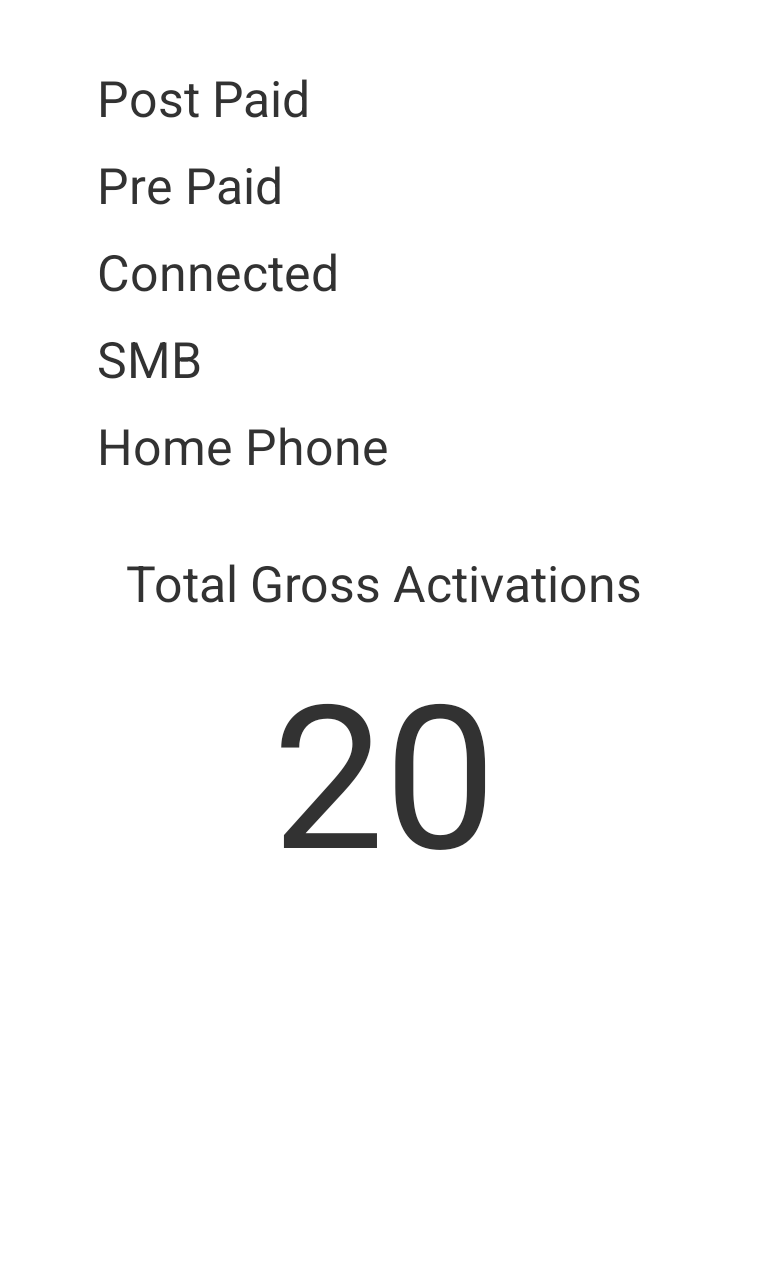
Repository: jemcphe/XCell
Layout: XCell/res/layout/data_adds.xml
These files come from the project's save history. The layout is drawn as it stood at one moment and after the next save; the edit follows.
It is drawn on a 768 x 1280 px phone screen (xhdpi) without system bars, with theme Theme.Xcell; the app's code is not run.

Above is the layout before, as saved 2013-08-28 03:53:37.

### XCell/res/layout/data_adds.xml
<?xml version="1.0" encoding="utf-8"?>
<RelativeLayout xmlns:android="http://schemas.android.com/apk/res/android"
    android:layout_width="match_parent"
    android:layout_height="match_parent" >

    <LinearLayout
        android:layout_width="wrap_content"
        android:layout_height="wrap_content"
        android:layout_below="@+id/gridLayout1"
        android:layout_centerHorizontal="true"
        android:layout_marginTop="25dp"
        android:orientation="vertical" >

        <TextView
            android:layout_width="match_parent"
            android:layout_height="match_parent"
            android:paddingBottom="10dp"
            android:text="Total Gross Activations"
            android:textSize="25sp" />

        <TextView
            android:id="@+id/grossTotal"
            android:layout_width="match_parent"
            android:layout_height="match_parent"
            android:gravity="center"
            android:paddingBottom="10dp"
            android:text="20"
            android:textSize="100sp" />
    </LinearLayout>

    <GridLayout
        android:id="@+id/gridLayout1"
        android:layout_width="wrap_content"
        android:layout_height="wrap_content"
        android:layout_alignParentTop="true"
        android:layout_centerHorizontal="true"
        android:layout_marginTop="32dp"
        android:columnCount="2" >

        <TextView
            android:layout_width="wrap_content"
            android:layout_height="wrap_content"
            android:paddingBottom="10dp"
            android:paddingRight="180dp"
            android:text="Post Paid"
            android:textSize="25sp" />

        <TextView
            android:id="@+id/data_postValue"
            android:layout_width="wrap_content"
            android:layout_height="wrap_content"
            android:paddingBottom="10dp"
            android:textSize="25sp" />

        <TextView
            android:layout_width="wrap_content"
            android:layout_height="wrap_content"
            android:paddingBottom="10dp"
            android:text="Pre Paid"
            android:textSize="25sp" />

        <TextView
            android:id="@+id/data_preValue"
            android:layout_width="wrap_content"
            android:layout_height="wrap_content"
            android:paddingBottom="10dp"
            android:textSize="25sp" />

        <TextView
            android:layout_width="wrap_content"
            android:layout_height="wrap_content"
            android:paddingBottom="10dp"
            android:text="Connected"
            android:textSize="25sp" />

        <TextView
            android:id="@+id/data_connectedValue"
            android:layout_width="wrap_content"
            android:layout_height="wrap_content"
            android:paddingBottom="10dp"
            android:textSize="25sp" />

        <TextView
            android:layout_width="wrap_content"
            android:layout_height="wrap_content"
            android:paddingBottom="10dp"
            android:text="SMB"
            android:textSize="25sp" />

        <TextView
            android:id="@+id/data_smbValue"
            android:layout_width="wrap_content"
            android:layout_height="wrap_content"
            android:paddingBottom="10dp"
            android:textSize="25sp" />

        <TextView
            android:layout_width="wrap_content"
            android:layout_height="wrap_content"
            android:paddingBottom="10dp"
            android:text="Home Phone"
            android:textSize="25sp" />

        <TextView
            android:id="@+id/data_homeValue"
            android:layout_width="wrap_content"
            android:layout_height="wrap_content"
            android:paddingBottom="10dp"
            android:textSize="25sp" />
    </GridLayout>

</RelativeLayout>

### XCell/res/values/styles_xcell.xml
<?xml version="1.0" encoding="utf-8"?>

<resources>

    <style name="Theme.Xcell" parent="@android:style/Theme.Holo.Light">
        <item name="android:actionBarItemBackground">@drawable/selectable_background_xcell</item>
        <item name="android:popupMenuStyle">@style/PopupMenu.Xcell</item>
        <item name="android:dropDownListViewStyle">@style/DropDownListView.Xcell</item>
        <item name="android:actionBarTabStyle">@style/ActionBarTabStyle.Xcell</item>
        <item name="android:actionDropDownStyle">@style/DropDownNav.Xcell</item>
        <item name="android:actionBarStyle">@style/ActionBar.Solid.Xcell</item>
        <item name="android:actionModeBackground">@drawable/cab_background_top_xcell</item>
        <item name="android:actionModeSplitBackground">@drawable/cab_background_bottom_xcell</item>
        <item name="android:actionModeCloseButtonStyle">@style/ActionButton.CloseMode.Xcell</item>


    </style>

    <style name="ActionBar.Solid.Xcell" parent="@android:style/Widget.Holo.Light.ActionBar.Solid">
        <item name="android:background">@drawable/ab_background_textured_xcell</item>
        <item name="android:backgroundStacked">@drawable/ab_stacked_solid_xcell</item>
        <item name="android:backgroundSplit">@drawable/ab_background_textured_xcell</item>
        <item name="android:progressBarStyle">@style/ProgressBar.Xcell</item>
    </style>

    <style name="ActionBar.Transparent.Xcell" parent="@android:style/Widget.Holo.Light.ActionBar">
        <item name="android:background">@drawable/ab_transparent_xcell</item>
        <item name="android:progressBarStyle">@style/ProgressBar.Xcell</item>
    </style>

    <style name="PopupMenu.Xcell" parent="@android:style/Widget.Holo.Light.ListPopupWindow">
        <item name="android:popupBackground">@drawable/menu_dropdown_panel_xcell</item>
    </style>

    <style name="DropDownListView.Xcell" parent="@android:style/Widget.Holo.Light.ListView.DropDown">
        <item name="android:listSelector">@drawable/selectable_background_xcell</item>
    </style>

    <style name="ActionBarTabStyle.Xcell" parent="@android:style/Widget.Holo.Light.ActionBar.TabView">
        <item name="android:background">@drawable/tab_indicator_ab_xcell</item>
    </style>

    <style name="DropDownNav.Xcell" parent="@android:style/Widget.Holo.Light.Spinner">
        <item name="android:background">@drawable/spinner_background_ab_xcell</item>
        <item name="android:popupBackground">@drawable/menu_dropdown_panel_xcell</item>
        <item name="android:dropDownSelector">@drawable/selectable_background_xcell</item>
    </style>

    <style name="ProgressBar.Xcell" parent="@android:style/Widget.Holo.Light.ProgressBar.Horizontal">
        <item name="android:progressDrawable">@drawable/progress_horizontal_xcell</item>
    </style>

    <style name="ActionButton.CloseMode.Xcell" parent="@android:style/Widget.Holo.Light.ActionButton.CloseMode">
        <item name="android:background">@drawable/btn_cab_done_xcell</item>
    </style>

    <!-- this style is only referenced in a Light.DarkActionBar based theme -->
    <style name="Theme.Xcell.Widget" parent="@android:style/Theme.Holo">
        <item name="android:popupMenuStyle">@style/PopupMenu.Xcell</item>
        <item name="android:dropDownListViewStyle">@style/DropDownListView.Xcell</item>
    </style>

</resources>

### XCell/res/drawable/selectable_background_xcell.xml
<?xml version="1.0" encoding="utf-8"?>
<!-- File created by the Android Action Bar Style Generator

     Copyright (C) 2011 The Android Open Source Project
     Copyright (C) 2012 readyState Software Ltd

     Licensed under the Apache License, Version 2.0 (the "License");
     you may not use this file except in compliance with the License.
     You may obtain a copy of the License at

          http://www.apache.org/licenses/LICENSE-2.0

     Unless required by applicable law or agreed to in writing, software
     distributed under the License is distributed on an "AS IS" BASIS,
     WITHOUT WARRANTIES OR CONDITIONS OF ANY KIND, either express or implied.
     See the License for the specific language governing permissions and
     limitations under the License.
-->

<selector xmlns:android="http://schemas.android.com/apk/res/android"
        android:exitFadeDuration="@android:integer/config_mediumAnimTime" >
    <item android:state_pressed="false" android:state_focused="true" android:drawable="@drawable/list_focused_xcell" />
    <item android:state_pressed="true" android:drawable="@drawable/pressed_background_xcell" />
    <item android:drawable="@android:color/transparent" />
</selector>

### XCell/res/drawable/btn_cab_done_xcell.xml
<?xml version="1.0" encoding="utf-8"?>
<!-- File created by the Android Action Bar Style Generator

     Copyright (C) 2011 The Android Open Source Project
     Copyright (C) 2012 readyState Software Ltd

     Licensed under the Apache License, Version 2.0 (the "License");
     you may not use this file except in compliance with the License.
     You may obtain a copy of the License at

          http://www.apache.org/licenses/LICENSE-2.0

     Unless required by applicable law or agreed to in writing, software
     distributed under the License is distributed on an "AS IS" BASIS,
     WITHOUT WARRANTIES OR CONDITIONS OF ANY KIND, either express or implied.
     See the License for the specific language governing permissions and
     limitations under the License.
-->

<selector xmlns:android="http://schemas.android.com/apk/res/android">
    <item android:state_pressed="true"
        android:drawable="@drawable/btn_cab_done_pressed_xcell" />
    <item android:state_focused="true" android:state_enabled="true"
        android:drawable="@drawable/btn_cab_done_focused_xcell" />
    <item android:state_enabled="true"
        android:drawable="@drawable/btn_cab_done_default_xcell" />
</selector>

### XCell/res/drawable/ab_background_textured_xcell.xml
<?xml version="1.0" encoding="utf-8"?>
<!-- File created by the Android Action Bar Style Generator

     Copyright (C) 2012 readyState Software Ltd

     Licensed under the Apache License, Version 2.0 (the "License");
     you may not use this file except in compliance with the License.
     You may obtain a copy of the License at

          http://www.apache.org/licenses/LICENSE-2.0

     Unless required by applicable law or agreed to in writing, software
     distributed under the License is distributed on an "AS IS" BASIS,
     WITHOUT WARRANTIES OR CONDITIONS OF ANY KIND, either express or implied.
     See the License for the specific language governing permissions and
     limitations under the License.
-->

<bitmap xmlns:android="http://schemas.android.com/apk/res/android"
    android:src="@drawable/ab_texture_tile_xcell"
    android:tileMode="repeat" />

### XCell/res/drawable/progress_horizontal_xcell.xml
<?xml version="1.0" encoding="utf-8"?>
<!-- File created by the Android Action Bar Style Generator

     Copyright (C) 2011 The Android Open Source Project
     Copyright (C) 2012 readyState Software Ltd

     Licensed under the Apache License, Version 2.0 (the "License");
     you may not use this file except in compliance with the License.
     You may obtain a copy of the License at

          http://www.apache.org/licenses/LICENSE-2.0

     Unless required by applicable law or agreed to in writing, software
     distributed under the License is distributed on an "AS IS" BASIS,
     WITHOUT WARRANTIES OR CONDITIONS OF ANY KIND, either express or implied.
     See the License for the specific language governing permissions and
     limitations under the License.
-->

<layer-list xmlns:android="http://schemas.android.com/apk/res/android">

    <item android:id="@android:id/background"
          android:drawable="@drawable/progress_bg_xcell" />

    <item android:id="@android:id/secondaryProgress">
        <scale android:scaleWidth="100%"
               android:drawable="@drawable/progress_secondary_xcell" />
    </item>

    <item android:id="@android:id/progress">
        <scale android:scaleWidth="100%"
               android:drawable="@drawable/progress_primary_xcell" />
    </item>

</layer-list>

### XCell/res/drawable/spinner_background_ab_xcell.xml
<?xml version="1.0" encoding="utf-8"?>
<!-- File created by the Android Action Bar Style Generator

     Copyright (C) 2011 The Android Open Source Project
     Copyright (C) 2012 readyState Software Ltd

     Licensed under the Apache License, Version 2.0 (the "License");
     you may not use this file except in compliance with the License.
     You may obtain a copy of the License at

          http://www.apache.org/licenses/LICENSE-2.0

     Unless required by applicable law or agreed to in writing, software
     distributed under the License is distributed on an "AS IS" BASIS,
     WITHOUT WARRANTIES OR CONDITIONS OF ANY KIND, either express or implied.
     See the License for the specific language governing permissions and
     limitations under the License.
-->

<selector xmlns:android="http://schemas.android.com/apk/res/android">
    <item android:state_enabled="false"
        android:drawable="@drawable/spinner_ab_disabled_xcell" />
    <item android:state_pressed="true"
        android:drawable="@drawable/spinner_ab_pressed_xcell" />
    <item android:state_pressed="false" android:state_focused="true"
        android:drawable="@drawable/spinner_ab_focused_xcell" />
    <item android:drawable="@drawable/spinner_ab_default_xcell" />
</selector>

### XCell/res/drawable/tab_indicator_ab_xcell.xml
<?xml version="1.0" encoding="utf-8"?>
<!-- File created by the Android Action Bar Style Generator

     Copyright (C) 2011 The Android Open Source Project
     Copyright (C) 2012 readyState Software Ltd

     Licensed under the Apache License, Version 2.0 (the "License");
     you may not use this file except in compliance with the License.
     You may obtain a copy of the License at

          http://www.apache.org/licenses/LICENSE-2.0

     Unless required by applicable law or agreed to in writing, software
     distributed under the License is distributed on an "AS IS" BASIS,
     WITHOUT WARRANTIES OR CONDITIONS OF ANY KIND, either express or implied.
     See the License for the specific language governing permissions and
     limitations under the License.
-->

<selector xmlns:android="http://schemas.android.com/apk/res/android">
    <!-- Non focused states -->
    <item android:state_focused="false" android:state_selected="false" android:state_pressed="false" android:drawable="@android:color/transparent"/>
    <item android:state_focused="false" android:state_selected="true"  android:state_pressed="false" android:drawable="@drawable/tab_selected_xcell" />

    <!-- Focused states -->
    <item android:state_focused="true" android:state_selected="false" android:state_pressed="false" android:drawable="@drawable/tab_unselected_focused_xcell" />
    <item android:state_focused="true" android:state_selected="true"  android:state_pressed="false" android:drawable="@drawable/tab_selected_focused_xcell" />

    <!-- Pressed -->
    <!--    Non focused states -->
    <item android:state_focused="false" android:state_selected="false" android:state_pressed="true" android:drawable="@drawable/tab_unselected_pressed_xcell" />
    <item android:state_focused="false" android:state_selected="true"  android:state_pressed="true" android:drawable="@drawable/tab_selected_pressed_xcell" />

    <!--    Focused states -->
    <item android:state_focused="true" android:state_selected="false" android:state_pressed="true" android:drawable="@drawable/tab_unselected_pressed_xcell" />
    <item android:state_focused="true" android:state_selected="true"  android:state_pressed="true" android:drawable="@drawable/tab_selected_pressed_xcell" />
</selector>

### XCell/res/drawable/pressed_background_xcell.xml
<?xml version="1.0" encoding="utf-8"?>
<!-- File created by the Android Action Bar Style Generator

     Copyright (C) 2011 The Android Open Source Project
     Copyright (C) 2012 readyState Software Ltd

     Licensed under the Apache License, Version 2.0 (the "License");
     you may not use this file except in compliance with the License.
     You may obtain a copy of the License at

          http://www.apache.org/licenses/LICENSE-2.0

     Unless required by applicable law or agreed to in writing, software
     distributed under the License is distributed on an "AS IS" BASIS,
     WITHOUT WARRANTIES OR CONDITIONS OF ANY KIND, either express or implied.
     See the License for the specific language governing permissions and
     limitations under the License.
-->

<shape xmlns:android="http://schemas.android.com/apk/res/android" android:shape="rectangle">
    <solid android:color="@color/pressed_xcell" />
</shape>

### XCell/res/values/colors_xcell.xml
<?xml version="1.0" encoding="utf-8"?>
<!-- File created by the Android Action Bar Style Generator

     Copyright (C) 2011 The Android Open Source Project
     Copyright (C) 2012 readyState Software Ltd

     Licensed under the Apache License, Version 2.0 (the "License");
     you may not use this file except in compliance with the License.
     You may obtain a copy of the License at

          http://www.apache.org/licenses/LICENSE-2.0

     Unless required by applicable law or agreed to in writing, software
     distributed under the License is distributed on an "AS IS" BASIS,
     WITHOUT WARRANTIES OR CONDITIONS OF ANY KIND, either express or implied.
     See the License for the specific language governing permissions and
     limitations under the License.
-->

<resources>
    <color name="pressed_xcell">#CC33B5E5</color>
    <color name="background_xcell">#d8e8e8</color>
    <color name="xcell_blue">#12679b</color>
</resources>

After the next save:
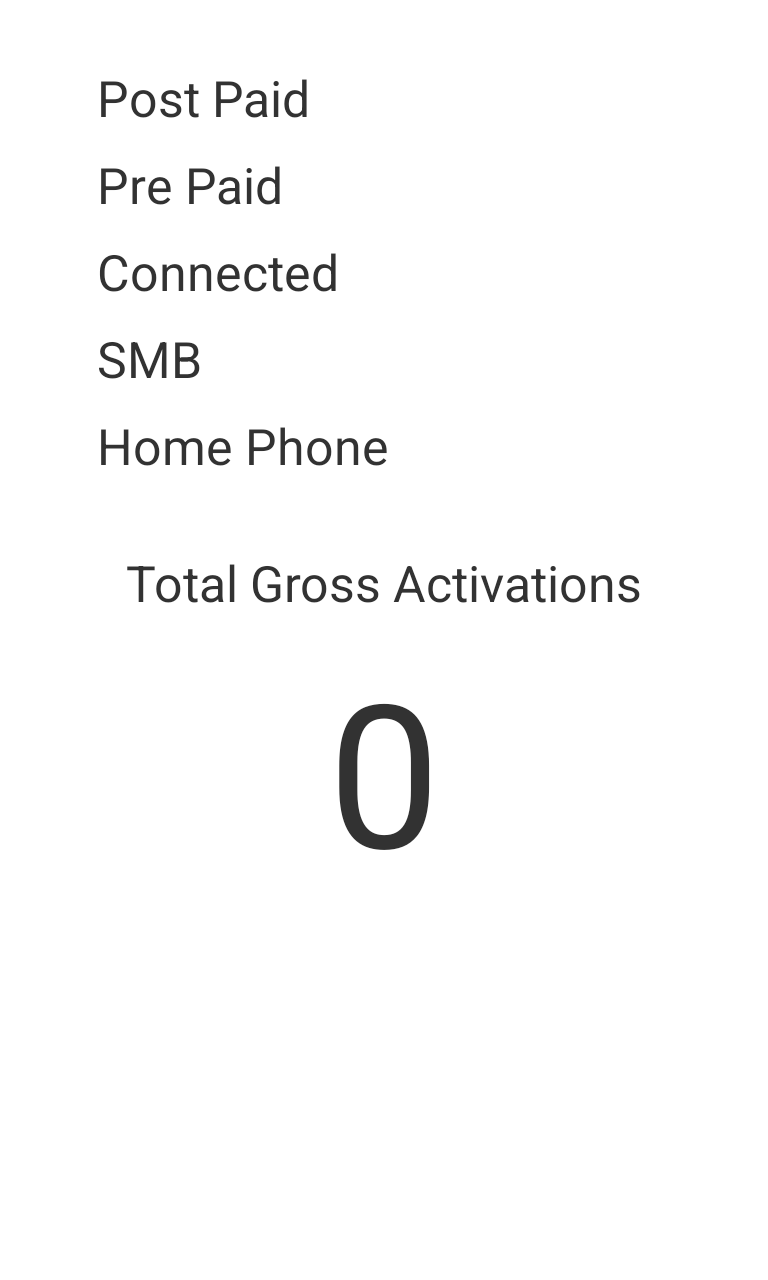
Saved 5 s later.
--- a/XCell/res/layout/data_adds.xml
+++ b/XCell/res/layout/data_adds.xml
@@ -24,7 +24,7 @@
             android:layout_height="match_parent"
             android:gravity="center"
             android:paddingBottom="10dp"
-            android:text="20"
+            android:text="0"
             android:textSize="100sp" />
     </LinearLayout>
 
